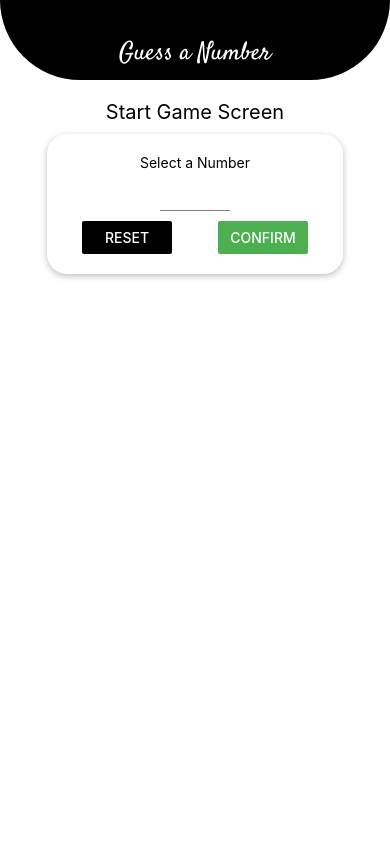
Repository: oguzhan18m/react-native-guess-number-game
Screen: /
The author's editor kept a copy of each file at every save. The screen is drawn from the files as they stood at one save, then again after the next save.
The app was drawn by React Native's web renderer in a window 390 px wide. The project was rebuilt for these pictures with package versions that can differ from the ones it lists, and the page was loaded fresh each time. Some packages were replaced by stand-ins written for this rebuild. Also part of the build but not shown: screens/GameScreen.js, screens/GameOver.js.

Above is the screen before, as saved 2021-03-05 00:08:49.

After the next save:
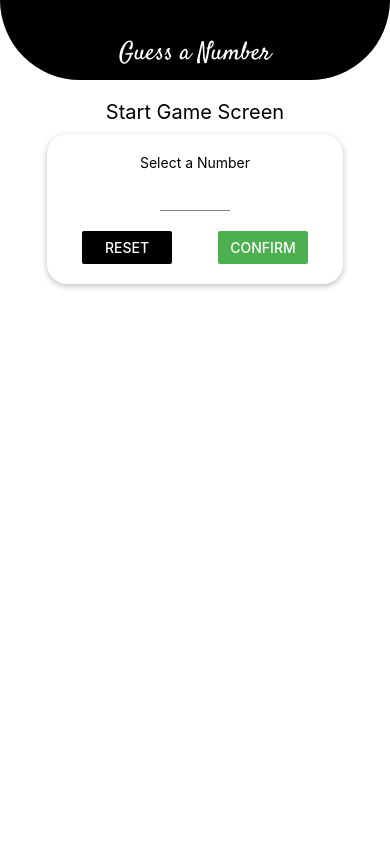
Saved 13 s later.
--- a/screens/StartGameScreen.js
+++ b/screens/StartGameScreen.js
@@ -97,7 +97,6 @@ const styles = StyleSheet.create({
         width:300,
         maxWidth:'80%',
         alignItems:'center',
-        marginBottom:20,
     },
     button: {
         width:90,
@@ -105,6 +104,7 @@ const styles = StyleSheet.create({
     input:{
         width:70,
         textAlign:'center',
+        marginBottom:20,
     },
     summaryContainer:{
         marginTop:20,
